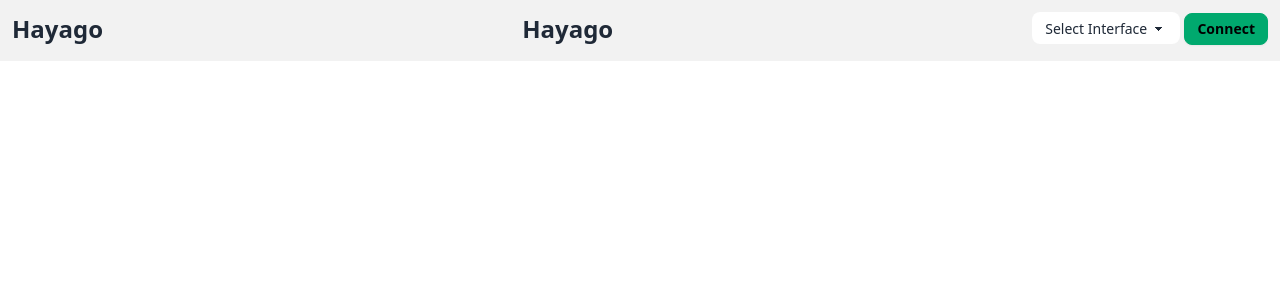
Repository: khulqu15/rov.commander
Page: http://localhost/planner/
The author's editor kept a copy of each file at every save. The page is drawn from the files as they stood at one save, then again after the next save.
The browser window is 1280 px wide. The pictures show the whole page.
Some web libraries are served in a nearby version. The page is served by the project's application, run on Django 5.2 (manage.py). Other server files are loaded and not shown.

Above is the page before, as saved 2025-02-06 21:03:53.

### templates/index.html
<!DOCTYPE html>
<html lang="en">
<head>
    <meta charset="UTF-8">
    <meta name="viewport" content="width=device-width, initial-scale=1.0">
    <link href="https://cdn.jsdelivr.net/npm/daisyui@4.12.23/dist/full.min.css" rel="stylesheet" type="text/css" />
    <script src="https://cdn.tailwindcss.com"></script>
    <title>Mission Planner App</title>
</head>
<body>
    <div class="fixed left-0 w-full p-3 pb-4 bg-base-200 top-0 flex justify-between items-center">
        <div>
            <h1 class="text-2xl font-bold">Hayago</h1>
        </div>
        <div>
            <h1 class="text-2xl font-bold">Hayago</h1>
        </div>

        <form method="GET">
            <select name="interface" class="select select-border select-sm" id="interface">
                <option value="">Select Interface</option>
                {% for interface in interfaces %}
                    <option value="{{ interface }}" {% if interface == selected_interface %}selected{% endif %}>{{ interface }}</option>
                {% endfor %}
            </select>
            <button type="submit" class="btn btn-success btn-sm">Connect</button>
        </form>
    </div>

    {% if selected_interface %}
        <div class="result">
            <h3>Selected Network: {{ selected_interface }}</h3>
            <h4>TCP/IP Addresses:</h4>
            <ul>
                {% for ip in tcpIp %}
                    <li>{{ ip }}</li>
                {% endfor %}
            </ul>
            <h4>COM Ports:</h4>
            <ul>
                {% for port in comPorts %}
                    <li>{{ port.device }} - {{ port.description }}</li>
                {% endfor %}
            </ul>
        </div>
    {% endif %}

</body>
</html>

### network/views.py
import socket
import serial.tools.list_ports
from rest_framework.response import Response
from rest_framework.decorators import api_view
from django.shortcuts import render
from django.http import JsonResponse

serial_connection = False

def get_network_interfaces():
    """Mendapatkan daftar interface jaringan yang tersedia"""
    interfaces = set()
    host_name = socket.gethostname()
    for ip in socket.getaddrinfo(host_name, None):
        interfaces.add(ip[4][0])
    return list(interfaces)

@api_view(["GET"])
def get_network_info(request):
    interfaces = get_network_interfaces()
    selected_interface = request.GET.get("interface", None)

    ip_list = []
    com_ports = []

    if selected_interface:
        ip_list = [ip for ip in interfaces if ip == selected_interface]

        ports = list(serial.tools.list_ports.comports())
        com_ports = [{"device": port.device, "description": port.description} for port in ports]

    return render(request, "index.html", {
        "interfaces": interfaces,
        "selected_interface": selected_interface,
        "tcpIp": ip_list,
        "comPorts": com_ports
    })

@api_view(["POST"])
def connect_device(request):
    global serial_connection
    port_name = request.POST.get("port")
    baud_rate = request.POST.get("baud", 9600)
    if not port_name:
        return JsonResponse({"error": "No COM Selected"})
    try:
        serial_connection = serial.Serial(port_name, baudrate=int(baud_rate), timeout=1)
        return("/planner")
    except Exception as e:
        return JsonResponse({"error": str(e)}, status=500)

### missionCore/urls.py
"""
URL configuration for missionCore project.

The `urlpatterns` list routes URLs to views. For more information please see:
    https://docs.djangoproject.com/en/5.1/topics/http/urls/
Examples:
Function views
    1. Add an import:  from my_app import views
    2. Add a URL to urlpatterns:  path('', views.home, name='home')
Class-based views
    1. Add an import:  from other_app.views import Home
    2. Add a URL to urlpatterns:  path('', Home.as_view(), name='home')
Including another URLconf
    1. Import the include() function: from django.urls import include, path
    2. Add a URL to urlpatterns:  path('blog/', include('blog.urls'))
"""
from django.contrib import admin
from django.urls import path, include

urlpatterns = [
    path('admin/', admin.site.urls),
    path('', include('network.urls'))
]

### network/urls.py
from django.urls import path
from .views import get_network_info

urlpatterns = [
    path('planner/', get_network_info, name='planner'),
]

After the next save:
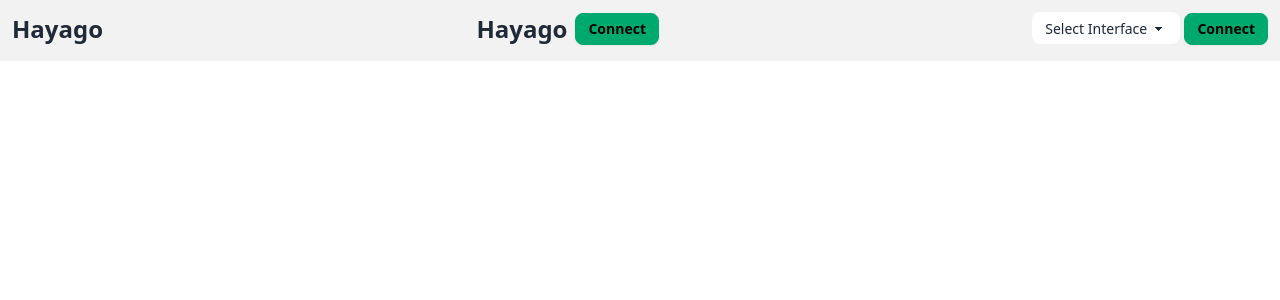
Saved 22 s later.
--- a/templates/index.html
+++ b/templates/index.html
@@ -12,10 +12,11 @@
         <div>
             <h1 class="text-2xl font-bold">Hayago</h1>
         </div>
-        <div>
+        <div class="lg:flex items-center justify-center gap-2">
             <h1 class="text-2xl font-bold">Hayago</h1>
+            <button type="submit" class="btn btn-success btn-sm">Connect</button>
+
         </div>
-
         <form method="GET">
             <select name="interface" class="select select-border select-sm" id="interface">
                 <option value="">Select Interface</option>
